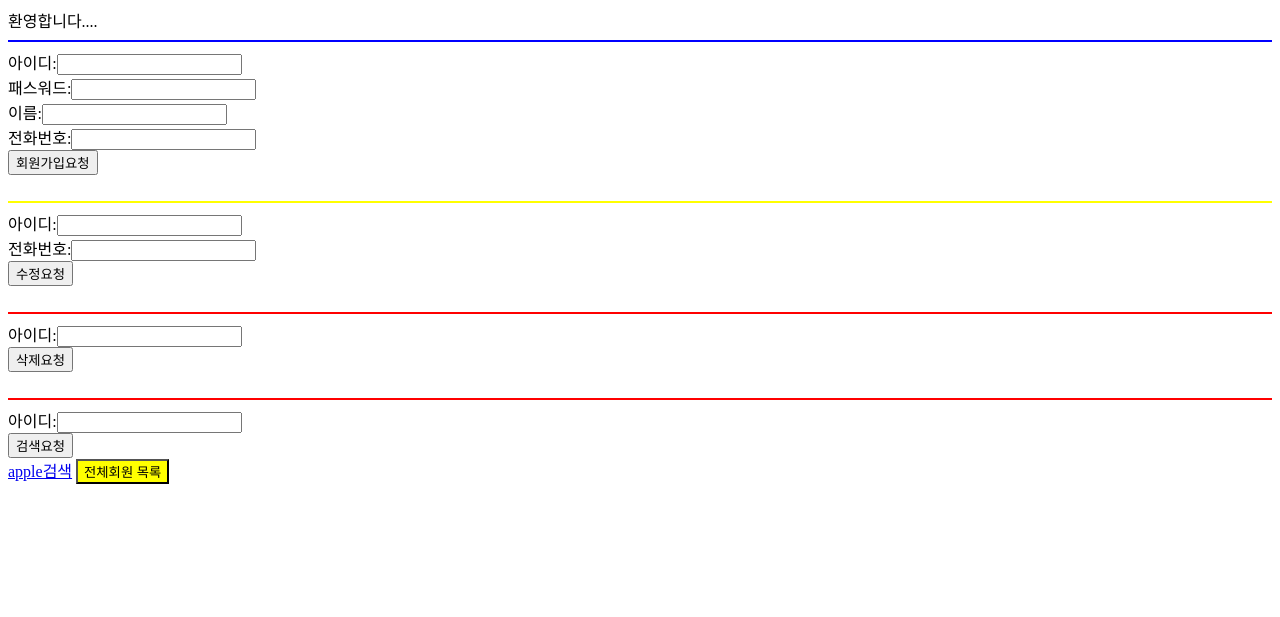
Repository: Yusubin/workEx
Page: spring00/src/main/webapp/index.html
These files come from the project's save history. The page is drawn as it stood at one moment and after the next save; the edit follows.
The browser window is 1280 px wide. The pictures show the whole page.

Above is the page before, as saved 2022-02-15 07:47:06.

After the next save:
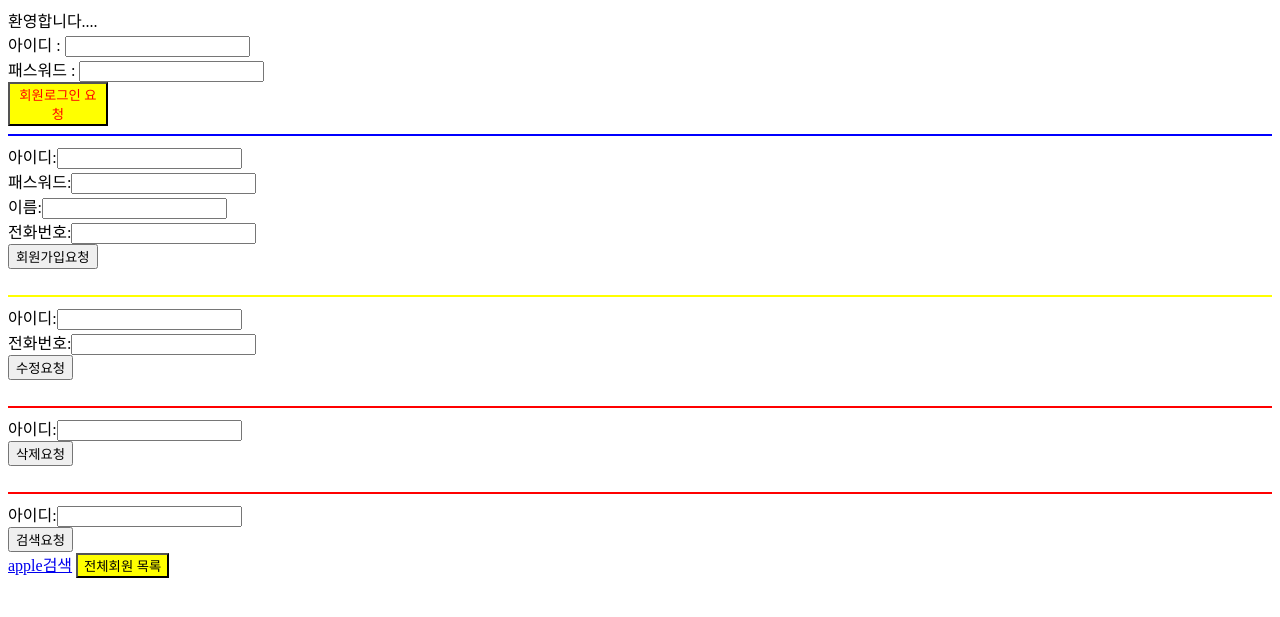
Saved 45 min 7 s later.
--- a/spring00/src/main/webapp/index.html
+++ b/spring00/src/main/webapp/index.html
@@ -7,6 +7,11 @@
 <body>
 	환영합니다....
 	<br>
+	<form action="login.jsp">
+	아이디 : <input type="text" name="id"><br>
+	패스워드 : <input type="text" name="pw"><br>
+	<button style=background:yellow;color:red;width:100px;>회원로그인 요청</button>
+	</form>
 	<hr color="blue">
 	<form action="create.jsp">
 		아이디:<input type="text" name="id"><br> 패스워드:<input
